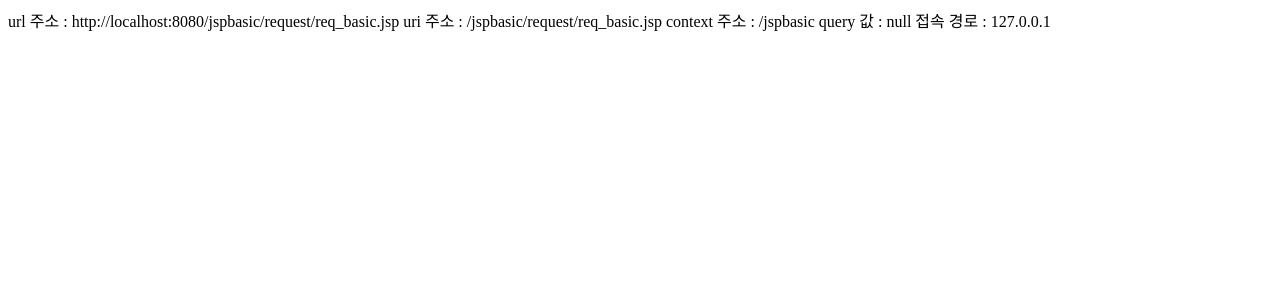
Repository: bbseok97/HTML
Page: http://localhost/jspbasic/request/req_basic.jsp
The author's editor kept a copy of each file at every save. The page is drawn from the files as they stood at one save, then again after the next save.
The browser window is 1280 px wide. The pictures show the whole page.
The page is served by Tomcat 9. Other server files are loaded and not shown.

Above is the page before, as saved 2024-04-05 06:58:31.

### jspbasic/src/main/webapp/request/req_basic.jsp
<%@ page language="java" contentType="text/html; charset=UTF-8"
    pageEncoding="UTF-8"%>

<%
	//request 객체에는 브라우저에 대한 정보, 사용자가 전달하는 많은 정보를 자동으로 저장
	StringBuffer url = request.getRequestURL();	//요청 정보에 대한 URL 정보를 불러옴.
	String uri = request.getRequestURI();
	String path = request.getContextPath();
	String query = request.getQueryString();
	String address = request.getRemoteAddr();




%>
<!DOCTYPE html>
<html>
	<head>
		<meta charset="UTF-8">
		<title>req_basic.jsp</title>
	</head>
	<body>
		url 주소 : <%=url %>
		uri 주소 : <%=uri %>
		context 주소 : <%=path %>
		query 값 : <%=query %>
		접속 경로 : <%=address %>
	</body>
</html>

After the next save:
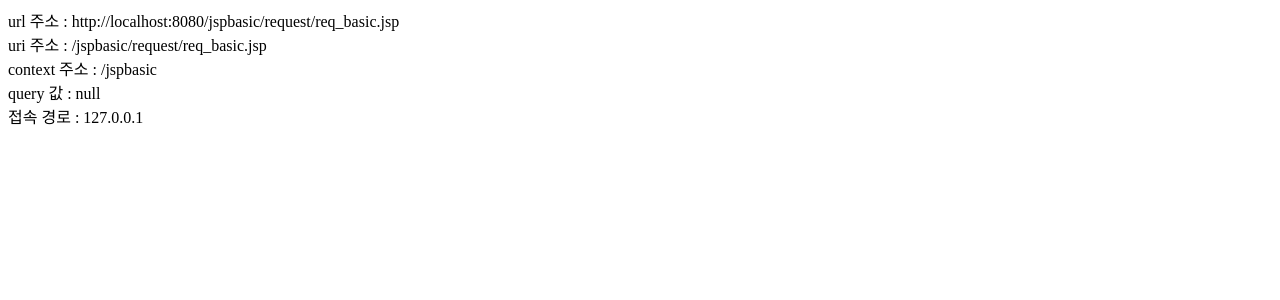
Saved 40 s later.
--- a/jspbasic/src/main/webapp/request/req_basic.jsp
+++ b/jspbasic/src/main/webapp/request/req_basic.jsp
@@ -20,10 +20,10 @@
 		<title>req_basic.jsp</title>
 	</head>
 	<body>
-		url 주소 : <%=url %>
-		uri 주소 : <%=uri %>
-		context 주소 : <%=path %>
-		query 값 : <%=query %>
-		접속 경로 : <%=address %>
+		url 주소 : <%=url %><br>
+		uri 주소 : <%=uri %><br>
+		context 주소 : <%=path %><br>
+		query 값 : <%=query %><br>
+		접속 경로 : <%=address %><br>
 	</body>
 </html>
